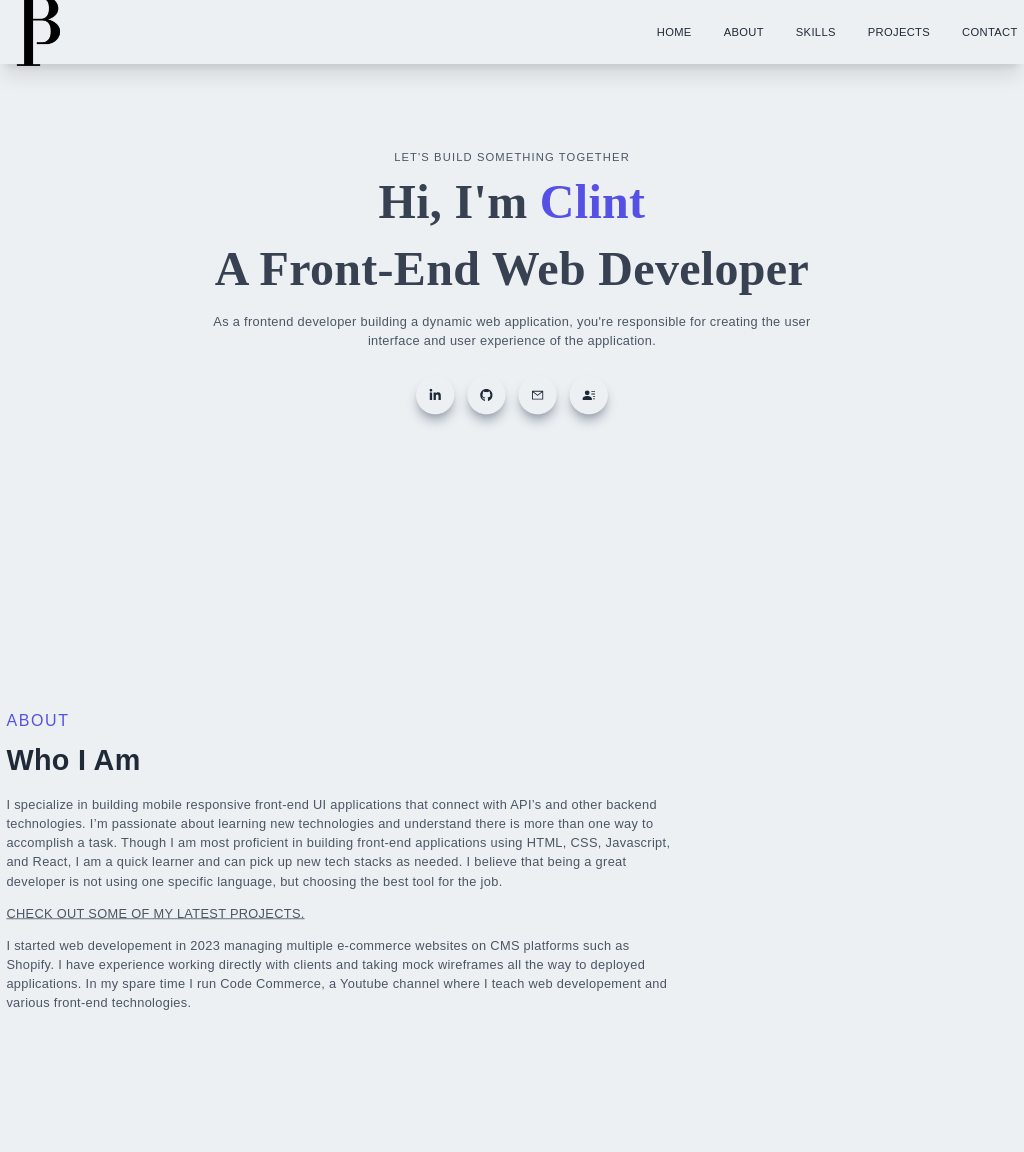
Repository: bittu-Patel/portfolio-resume-next-js
Page: /
The author's editor kept a copy of each file at every save. The page is drawn from the files as they stood at one save, then again after the next save.
The browser window is 1280 px wide. The pictures show the whole page, at 80% of full size.
The project was rebuilt for these pictures with package versions that can differ from the ones it lists, and the page was loaded fresh each time. The framework's server and built-in components were replaced by stand-ins that run in the browser. Also part of the build but not shown: next.config.js.

Above is the page before, as saved 2023-09-25 10:46:56.

### pages/_app.js

import '../styles/globals.css'

 function App({ Component, pageProps }) {
  return <Component {...pageProps} />
}

export default App

### pages/index.js
import About from '../components/About.jsx'
import Main from '../components/Main.jsx'
import Navbar from '../components/Navbar.jsx'
import React from 'react'

const index = () => {
  return (
    <div>
      <Navbar />
     <Main />
     <About />
    </div>
  )
}

export default index

### components/About.jsx
import React from 'react'

const About = () => {
  return (
    <div className='w-full md:h-screen p-2  flex items-center py-16'>
        <div className='max-w-[1240] m-auto md:grid grid-cols-3 gap-8'>
            <div className='col-span-2'>
                <p className='uppercase text-xl tracking-widest text-[#5651e5]'>About</p>

                <h2 className='py-4'>Who I Am</h2>

                <p className='py-2 text-gray-600'>I specialize in building mobile responsive front-end UI applications
            that connect with API’s and other backend technologies. I’m
            passionate about learning new technologies and understand there is
            more than one way to accomplish a task. Though I am most proficient
            in building front-end applications using HTML, CSS, Javascript, and
            React, I am a quick learner and can pick up new tech stacks as
            needed. I believe that being a great developer is not using one
            specific language, but choosing the best tool for the job.</p>
            <p className='uppercase py-2 text-gray-600 underline cursor-pointer'>
              Check out some of my latest projects.
            </p>
            <p className='py-2 text-gray-600'>
            I started web developement in 2023 managing multiple e-commerce
            websites on CMS platforms such as
            Shopify. I have experience working directly with clients and taking
            mock wireframes all the way to deployed applications. In my spare
            time I run Code Commerce, a Youtube channel where I teach web
            developement and various front-end technologies.
          </p>
    </div>
            <div></div>
        </div>
    </div>
  )
}

export default About

### components/Main.jsx
import { AiOutlineMail } from 'react-icons/ai'
import { BsFillPersonLinesFill } from 'react-icons/bs';
import { FaGithub, FaLinkedinIn } from 'react-icons/fa'

const Main = () => {
  return (
    <div className='w-full h-screen text-center'>
      <div className='max-w-[1240px] w-full h-full mx-auto p-2 flex justify-center items-center'>
        <div>
<p className='uppercase text-sm tracking-widest text-gray-600'>Let&apos;S build something together</p>
<h1 className='py-4 text-gray-700'>
            Hi, I&#39;m <span className='text-[#5651e5]'> Clint</span>
          </h1>
          <h1 className=' py-2 text-gray-700'>
          A Front-End Web Developer
          </h1>
          <p className='py-4 text-gray-600 max-w-[70%] m-auto'>As a frontend developer building a dynamic web application, you&apos;re responsible for creating the user interface and user experience of the application.</p>
        <div className=' gap-4 flex items-center justify-center max-w-[330px] m-auto py-4'>
<div className='rounded-full shadow-lg shadow-gray-400 p-4 cursor-pointer hover:scale-105 ease-in duration-300'>
  <FaLinkedinIn />
</div>
<div className='rounded-full shadow-lg shadow-gray-400 p-4 cursor-pointer hover:scale-105 ease-in duration-300'>
  <FaGithub />
</div>
<div className='rounded-full shadow-lg shadow-gray-400 p-4 cursor-pointer hover:scale-105 ease-in duration-300'>
  <AiOutlineMail />
</div>
<div className='rounded-full shadow-lg shadow-gray-400 p-4 cursor-pointer hover:scale-105 ease-in duration-300'>
  <BsFillPersonLinesFill />
</div>
        </div>
        </div>
      </div>
    </div>
  )
}

export default Main

### components/Navbar.jsx
import Image from 'next/image'
import React, { useState } from 'react'
import { FaGithub, FaLinkedinIn } from 'react-icons/fa';
import { BsFillPersonLinesFill } from 'react-icons/bs';
import Link from 'next/link'
import { AiOutlineClose, AiOutlineMenu ,AiOutlineMail } from 'react-icons/ai'

const Navbar = () => {
    const [nav, setNav] = useState(false)

    const handleNav = () => {
        setNav(!nav)
    }
  return (
    <div className='fixed w-full h-20 shadow-xl z-[100]'>
<div className='flex justify-between items-center w-full h-full px-2 2xl:px-16'>
    <Image src="/../assets/navLogo.png" alt="/" width='80' height='20' />
<div>
    <ul className='hidden md:flex'>
        <Link href='/'>
            <li className='ml-10 text-sm uppercase hover:border-b'>Home</li>
        </Link>
        <Link href='/'>
            <li className='ml-10 text-sm uppercase hover:border-b'>About</li>
        </Link>
        <Link href='/'>
            <li className='ml-10 text-sm uppercase hover:border-b'>Skills</li>
        </Link>
        <Link href='/'>
            <li className='ml-10 text-sm uppercase hover:border-b'>Projects</li>
        </Link>
        <Link href='/'>
            <li className='ml-10 text-sm uppercase hover:border-b'>Contact</li>
        </Link>
    </ul>
    <div onClick={handleNav} className='md:hidden'>
    <AiOutlineMenu />
    </div>
</div>
</div>
<div className={nav ? 'md:hidden fixed left-0 top-0 w-full h-screen bg-black/70' : ''}>
<div
          className={
            nav
              ? ' fixed left-0 top-0 w-[75%] sm:w-[60%] md:w-[45%] h-screen bg-[#ecf0f3] p-10 ease-in duration-500'
              : 'fixed left-[-100%] top-0 p-10 ease-in duration-500'
          }
        >
 <div >
    <div className='flex w-full items-center justify-between'>
<Image src="/../assets/navLogo.png" width='80' height='30' alt='/'/>
<div onClick={handleNav} className='rounded-full shadow-lg shadow-gray-400 p-3 cursor-pointer'>
<AiOutlineClose />
</div>
    </div>
    <div onClick={handleNav} className='border-b border-gray-300 my-4'>
        <p className='w-[85%] md:w-[90%] py-4'>Let&apos;S build something together </p>
    </div>
 </div>
 <div className='py-2 flex flex-col'>
    <ul className='uppercase'>
        <Link href='/'>
            <li className='py-4 text-sm'>Home</li>
        </Link>
        <Link href='/'>
            <li className='py-4 text-sm'>About</li>
        </Link>
        <Link href='/'>
            <li className='py-4 text-sm'>Skills</li>
        </Link>
        <Link href='/'>
            <li className='py-4 text-sm'>Projects</li>
        </Link>
        <Link href='/'>
            <li className='py-4 text-sm'>Contact</li>
        </Link>
    </ul>
    <div className='pt-40'>
 <p className='uppercase tracking-widest text-[#5651e5]'>
    Let&apos;S Connect
    </p>
    <div className='flex items-center justify-between my-4 w-full sm:w-[80%]'>
 <div className='rounded-full shadow-lg shadow-gray-400 p-3 cursor-pointer hover:scale-105 ease-in duration-300'>
 <FaLinkedinIn />
 </div>
 <div className='rounded-full shadow-lg shadow-gray-400 p-3 cursor-pointer hover:scale-105 ease-in duration-300'>
 <FaGithub />
 </div>
 <div className='rounded-full shadow-lg shadow-gray-400 p-3 cursor-pointer hover:scale-105 ease-in duration-300'>
 <AiOutlineMail />
 </div>
 <div className='rounded-full shadow-lg shadow-gray-400 p-3 cursor-pointer hover:scale-105 ease-in duration-300'>
 <BsFillPersonLinesFill />
 </div>
</div>
    </div>
 </div>
    </div>
</div>
    </div>
  )
}

export default Navbar

Loaded but not shown: pages/_document.tsx (common file); styles/globals.css (common file); tailwind.config.ts (common file)

After the next save:
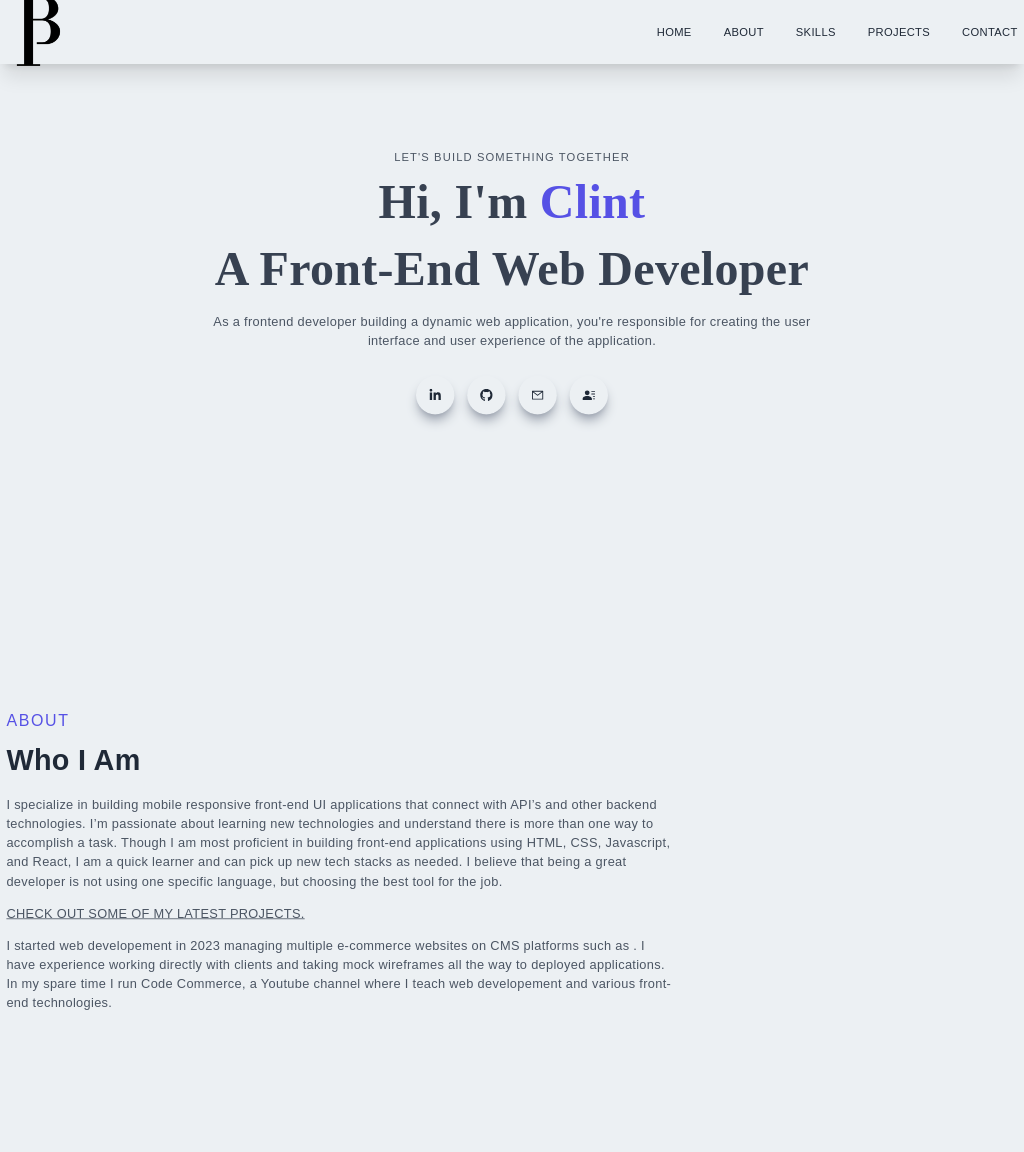
Saved 9 s later.
--- a/components/About.jsx
+++ b/components/About.jsx
@@ -23,7 +23,7 @@ const About = () => {
             <p className='py-2 text-gray-600'>
             I started web developement in 2023 managing multiple e-commerce
             websites on CMS platforms such as
-            Shopify. I have experience working directly with clients and taking
+            . I have experience working directly with clients and taking
             mock wireframes all the way to deployed applications. In my spare
             time I run Code Commerce, a Youtube channel where I teach web
             developement and various front-end technologies.
